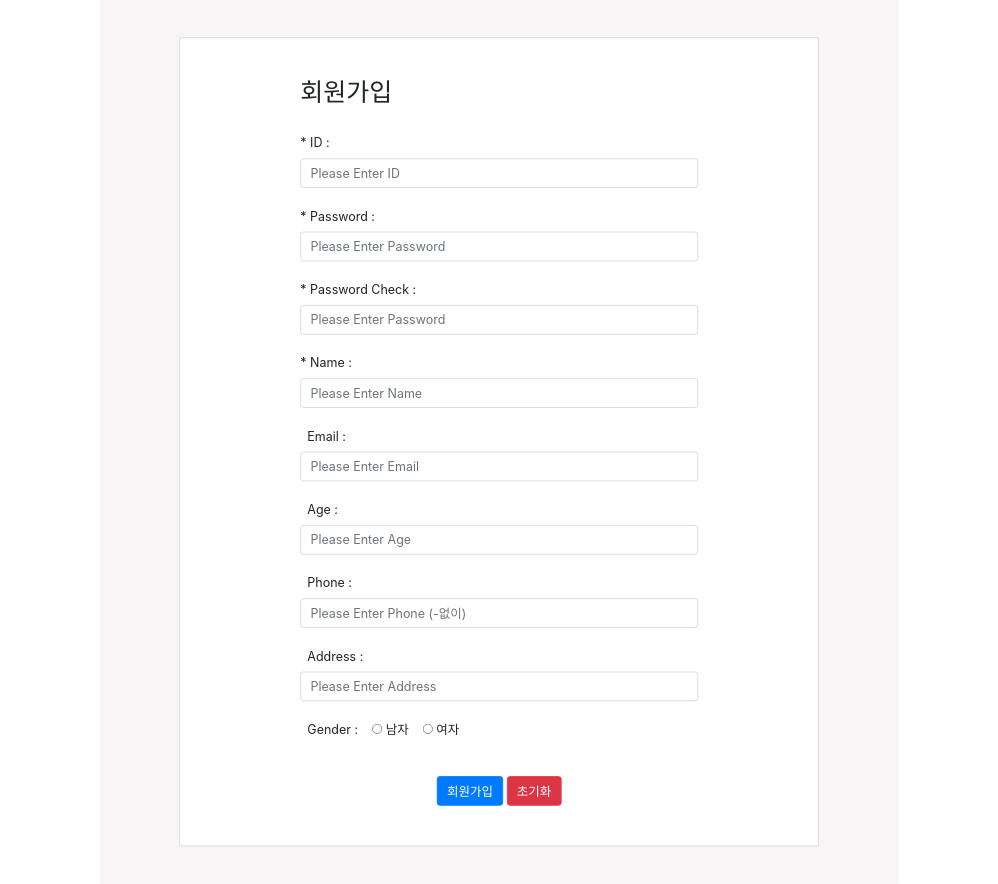
Repository: alsrnr45/SpringStudying
Page: http://localhost/springProject/WEB-INF/views/member/memberEnrollForm.jsp
The author's editor kept a copy of each file at every save. The page is drawn from the files as they stood at one save, then again after the next save.
The browser window is 1280 px wide. The pictures show the whole page, at 78% of full size.
Pictures or frames that could not be fetched are drawn as grey boxes. The page is served by Tomcat 9. Nobody is signed in. The template is opened directly, without the code that normally fills it, so the values that code supplies are empty.

Above is the page before, as saved 2021-05-27 01:08:01.

After the next save:
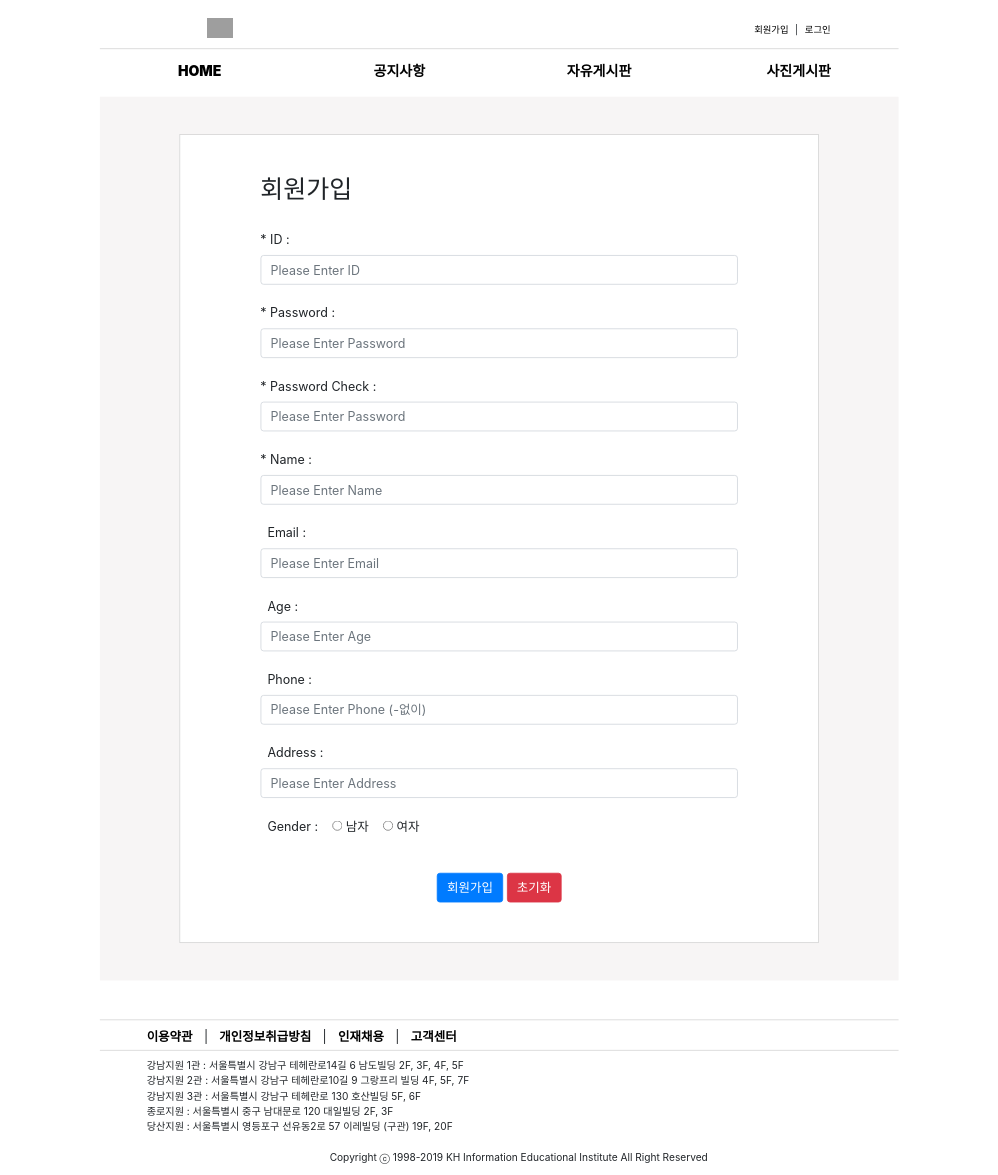
Saved 2 min 5 s later.
--- a/springProject/src/main/webapp/WEB-INF/views/member/memberEnrollForm.jsp
+++ b/springProject/src/main/webapp/WEB-INF/views/member/memberEnrollForm.jsp
@@ -26,7 +26,7 @@
 <body>
 
     <!-- 이쪽에 메뉴바 포함 할꺼임 -->
-    <jsp:include page=""/>
+    <jsp:include page="../common/header.jsp"/>
 
     <div class="content">
         <br><br>
@@ -78,7 +78,7 @@
     </div>
 
     <!-- 이쪽에 푸터바 포함할꺼임 -->
-    <jsp:include page=""/>
+    <jsp:include page="../common/footer.jsp"/>
 
 </body>
 </html>
